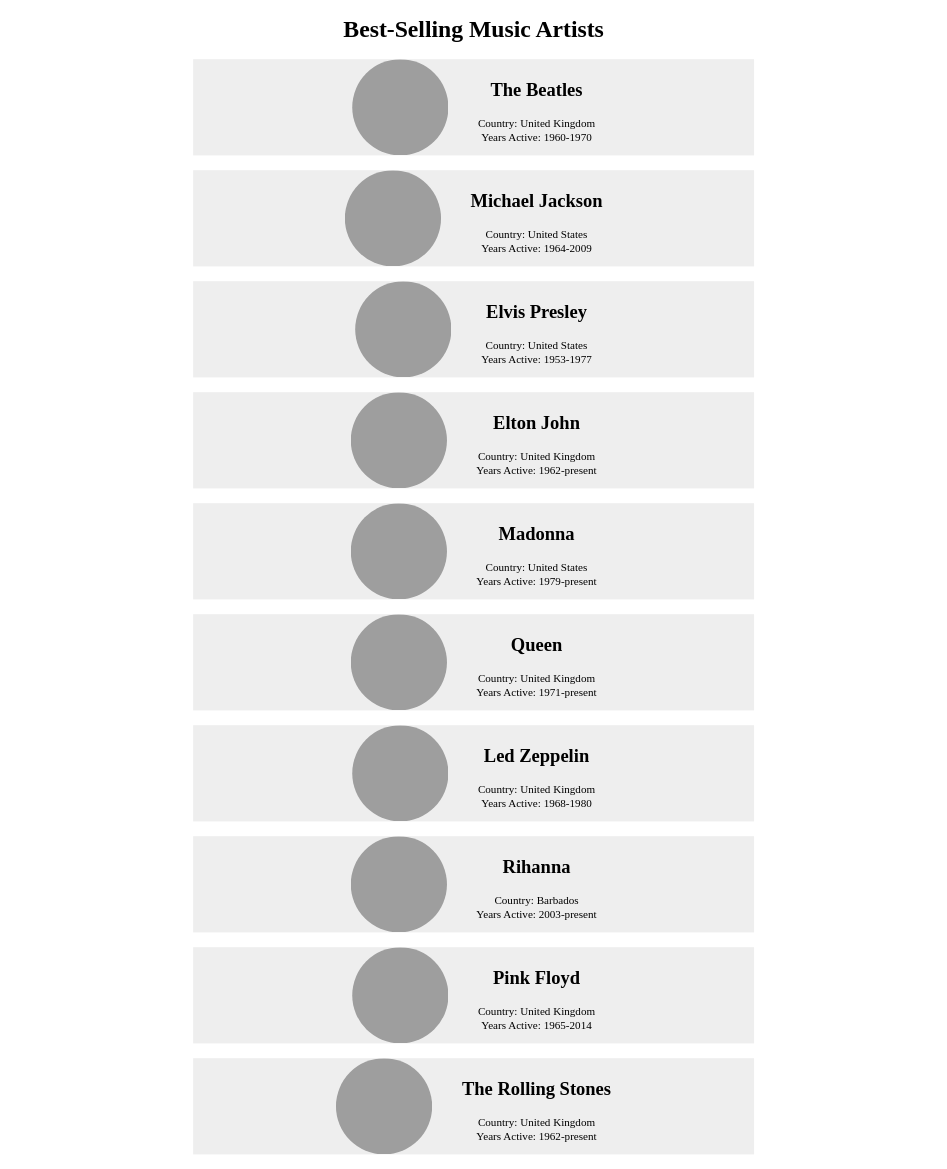
Repository: SamanthaYan298/my_artists
Page: /
These files come from the project's save history. The page is drawn as it stood at one moment and after a run of saves; the edit follows.
The browser window is 1280 px wide. The pictures show the whole page, at 74% of full size.
Pictures or frames that could not be fetched are drawn as grey boxes. The project was rebuilt for these pictures with package versions that can differ from the ones it lists, and the page was loaded fresh each time. Also part of the build but not shown: vite.config.js.

Above is the page before, as saved 2024-09-16 18:22:10.

After the next 2 saves:
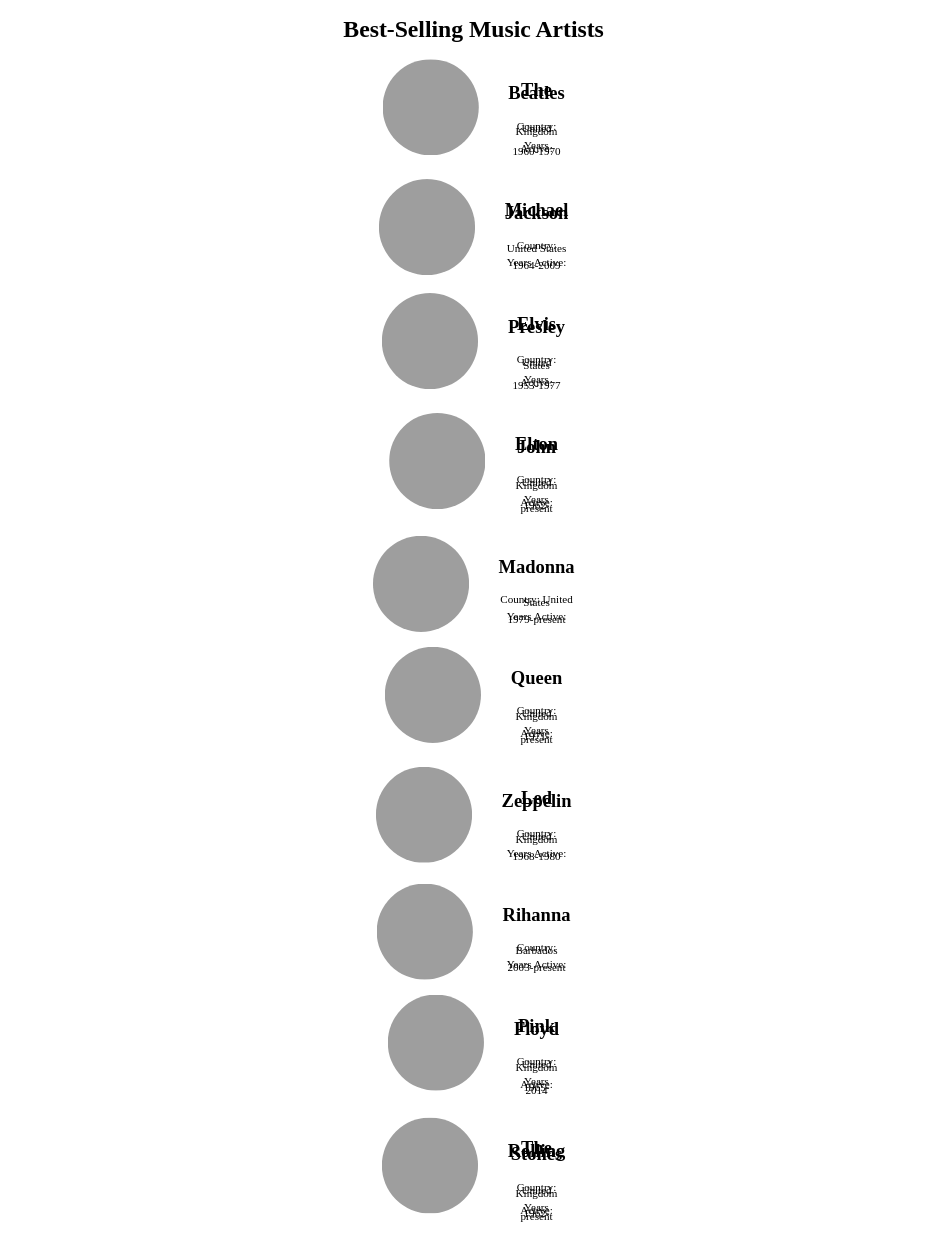
The 2 saves are shown as one change because they came seconds apart.
The last was saved 16 s later.
--- a/src/index.css
+++ b/src/index.css
@@ -10,7 +10,7 @@
     gap: 40px;
     line-height: 4px;
     font-size: 15px;
-    width: 60%;
+    width: 0%;
     background-color: #eee;
     margin: 20px auto;
 }

After the save that followed:
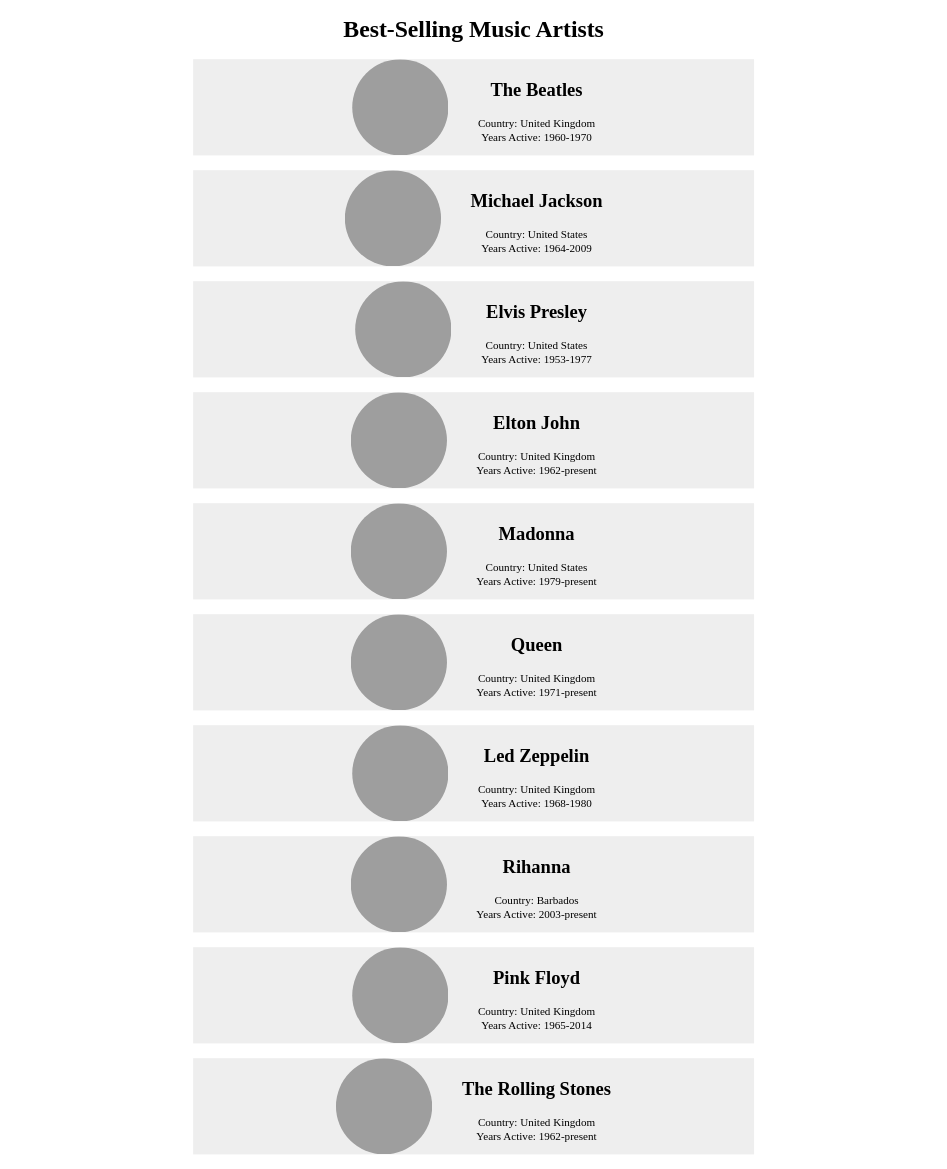
Saved 14 s later.
--- a/src/index.css
+++ b/src/index.css
@@ -10,7 +10,8 @@
     gap: 40px;
     line-height: 4px;
     font-size: 15px;
-    width: 0%;
+    width: 60%;
+    height: 60%;
     background-color: #eee;
     margin: 20px auto;
 }
